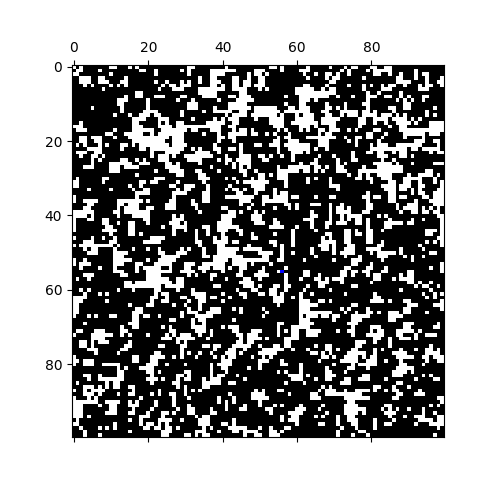
Repository: eduardodut/Trabalho_final_estatistica_cd
Script's output: python src/Simulador.py
These files come from the project's save history. The script's output is drawn as it stood at one moment and after the next save; the edit follows.
Random numbers start from a fixed seed.

Above is the script's output before, as saved 2020-07-12 15:32:18.

After the next save:
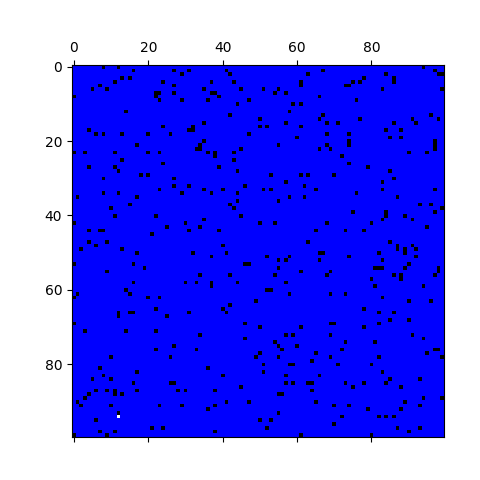
Saved 94 s later.
--- a/src/Simulador.py
+++ b/src/Simulador.py
@@ -313,11 +313,11 @@ class Simulador():
 
 
 chance_infeccao = 0.3
-chance_infeccao_tipo2 = 1
-chance_morte = 0.8
+chance_infeccao_tipo2 = 0.2
+chance_morte = 0.02
 atualizacoes_cura = 10
 percentual_inicial_tipo1 = 0.0
-percentual_inicial_tipo2 = 0.2
+percentual_inicial_tipo2 = 0.0
 
 
 sim = Simulador(
